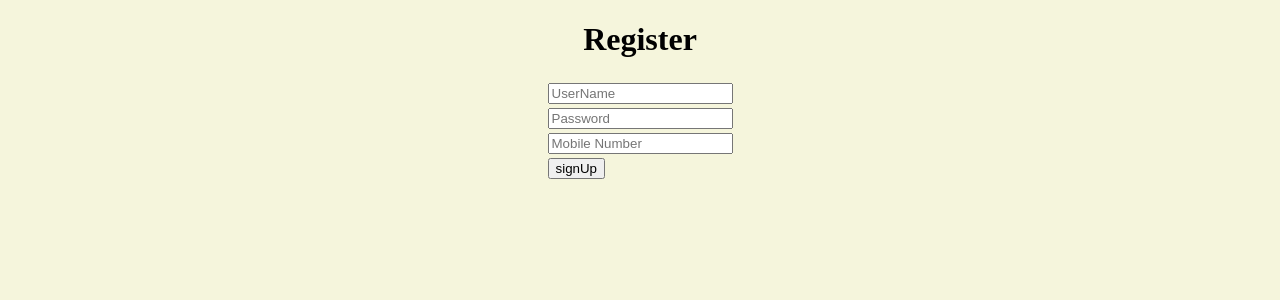
Repository: neethiarasan30/jsp-Servlets-crud-operation
Page: http://localhost/JavaFullStack/Register.jsp
The author's editor kept a copy of each file at every save. The page is drawn from the files as they stood at one save, then again after the next save.
The browser window is 1280 px wide. The pictures show the whole page.
The page is served by Tomcat 9.

Above is the page before, as saved 2024-07-12 10:27:32.

After the next save:
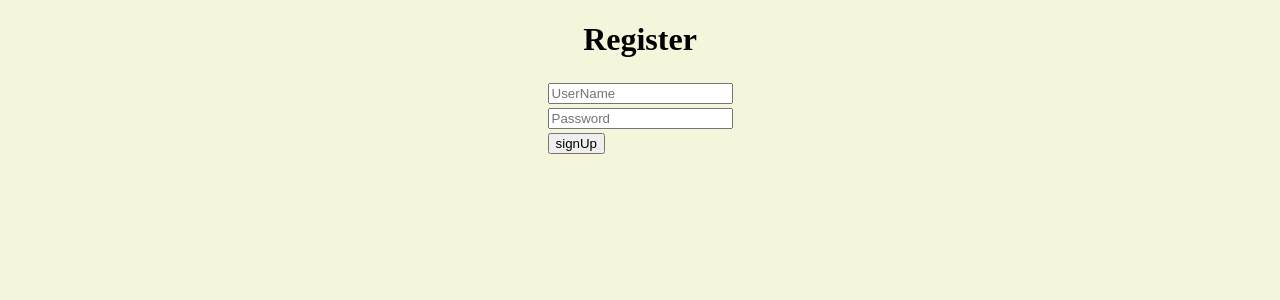
Saved 4 s later.
--- a/JavaFullStack/src/main/webapp/Register.jsp
+++ b/JavaFullStack/src/main/webapp/Register.jsp
@@ -55,7 +55,7 @@
 				</tr>
 				<tr>
 
-					<td><input type = "password" id="password" placeholder="Password" /></td>
+					<td><input type = "password" id="password" placeholder="Password" name="/></td>
 				</tr>
 
 				<tr>

After the 2 saves that followed:
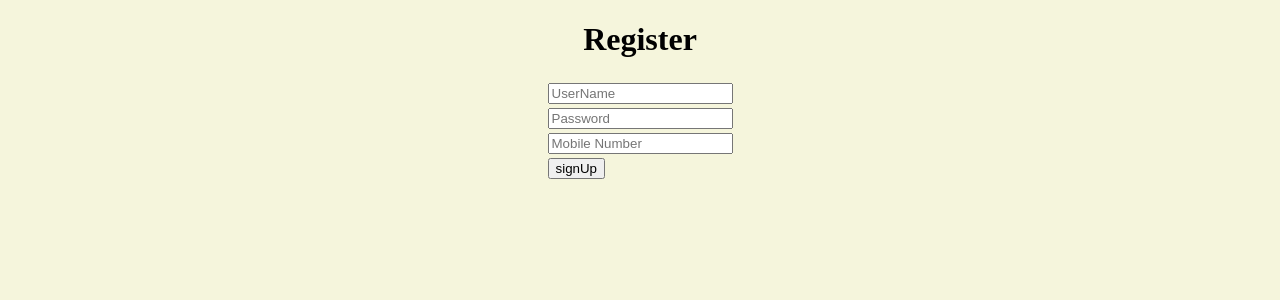
The 2 saves are shown as one change because they came seconds apart.
The last was saved 7 s later.
--- a/JavaFullStack/src/main/webapp/Register.jsp
+++ b/JavaFullStack/src/main/webapp/Register.jsp
@@ -55,12 +55,12 @@
 				</tr>
 				<tr>
 
-					<td><input type = "password" id="password" placeholder="Password" name="/></td>
+					<td><input type = "password" id="password" placeholder="Password" name="password"/></td>
 				</tr>
 
 				<tr>
 
-					<td><input type = "text" id="mob" placeholder="Mobile Number"/></td>
+					<td><input type = "text" id="mob" placeholder="Mobile Number" /></td>
 				</tr>
 
 				<tr>
